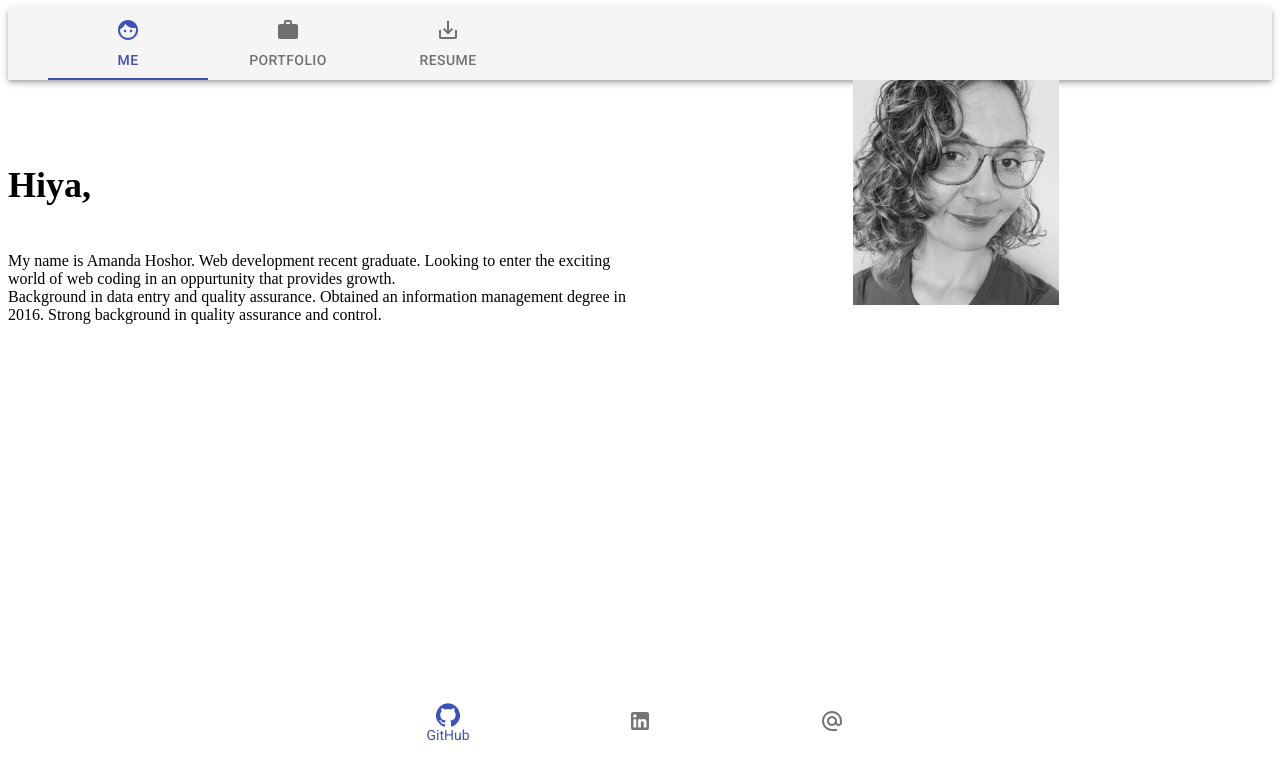
Repository: mandahos/hoshor
Page: /
The author's editor kept a copy of each file at every save. The page is drawn from the files as they stood at one save, then again after the next save.
The browser window is 1280 px wide. The pictures show the whole page.
The project was rebuilt for these pictures with package versions that can differ from the ones it lists, and the page was loaded fresh each time. Also part of the build but not shown: src/components/Portfolio/index.js, src/components/Resume/index.js. Imported but missing from the stored project, and not drawn on this page: src/assets/resume/Amanda_Hoshor_Resume.PDF, src/assets/resume/Resume_Hoshor (1).pdf.

Above is the page before, as saved 2021-08-22 08:11:03.

After the next save:
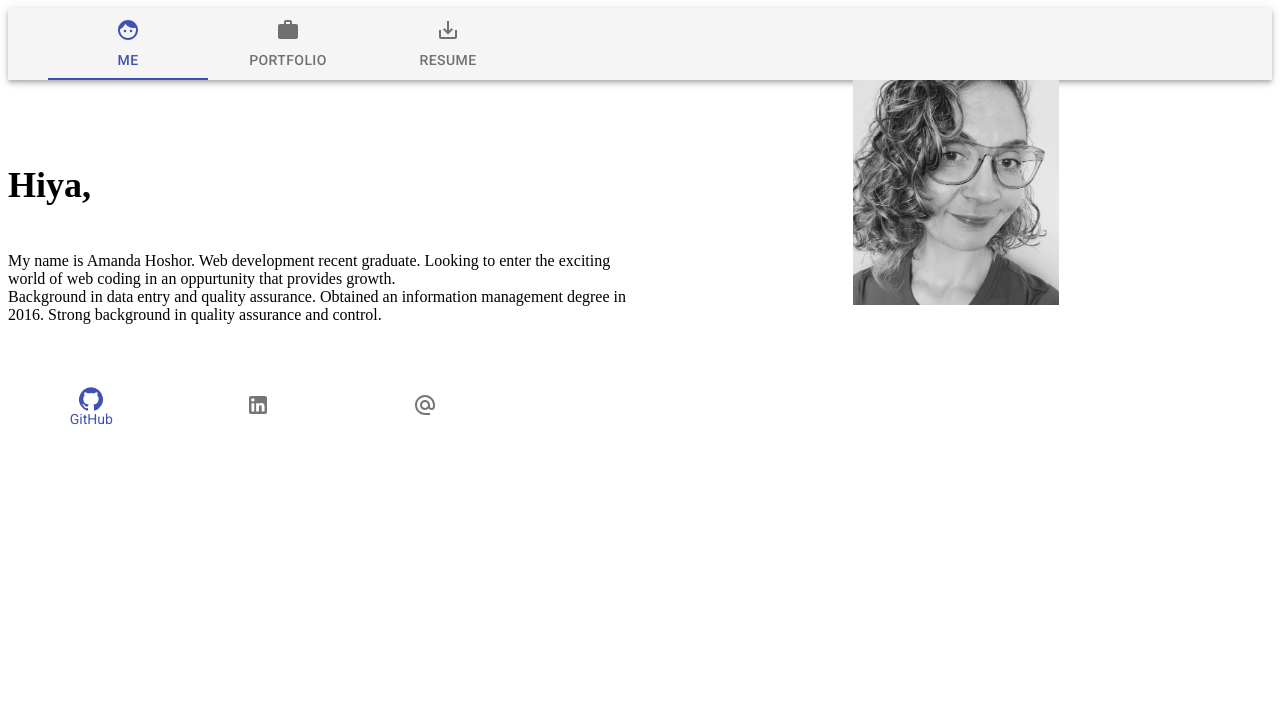
Saved 71 s later.
--- a/src/components/Footer/index.js
+++ b/src/components/Footer/index.js
@@ -15,7 +15,7 @@
 });
 
 export default function LabelBottomNavigation() {
-  const footer = useStyles();
+  const classes = useStyles();
   const [value, setValue] = React.useState('recents');
 
   const handleChange = (event, newValue) => {
@@ -23,7 +23,7 @@
   };
 
   return (
-    <BottomNavigation value={value} onChange={handleChange} className={footer}>
+    <BottomNavigation value={value} onChange={handleChange} className={classes.root}>
       <BottomNavigationAction a href="https://github.com/mandahos" label="GitHub" value="recents" icon={<GitHubIcon />} />
       <BottomNavigationAction a href="https://www.linkedin.com/in/amanda-hoshor/" label="LinkedIn" value="favorites" icon={<LinkedInIcon />} />
       <BottomNavigationAction a href="mailto:hoshor.manda@gmail.com" label="Email" value="nearby" icon={<AlternateEmailIcon />} />

After the save that followed:
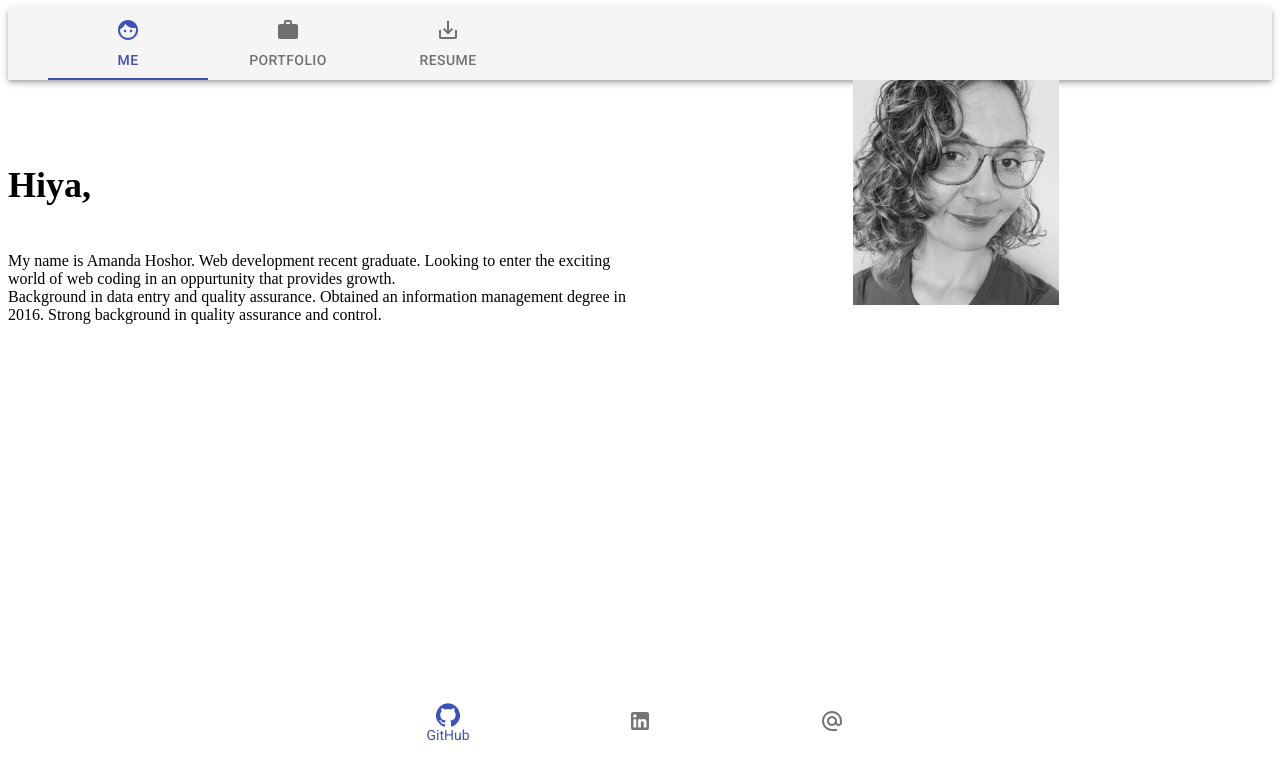
Saved 64 s later.
--- a/src/components/Footer/index.js
+++ b/src/components/Footer/index.js
@@ -11,11 +11,12 @@
   root: {
     width: 500,
 
+
   },
 });
 
 export default function LabelBottomNavigation() {
-  const classes = useStyles();
+  const footer = useStyles();
   const [value, setValue] = React.useState('recents');
 
   const handleChange = (event, newValue) => {
@@ -23,7 +24,7 @@
   };
 
   return (
-    <BottomNavigation value={value} onChange={handleChange} className={classes.root}>
+    <BottomNavigation value={value} onChange={handleChange} className={footer}>
       <BottomNavigationAction a href="https://github.com/mandahos" label="GitHub" value="recents" icon={<GitHubIcon />} />
       <BottomNavigationAction a href="https://www.linkedin.com/in/amanda-hoshor/" label="LinkedIn" value="favorites" icon={<LinkedInIcon />} />
       <BottomNavigationAction a href="mailto:hoshor.manda@gmail.com" label="Email" value="nearby" icon={<AlternateEmailIcon />} />
